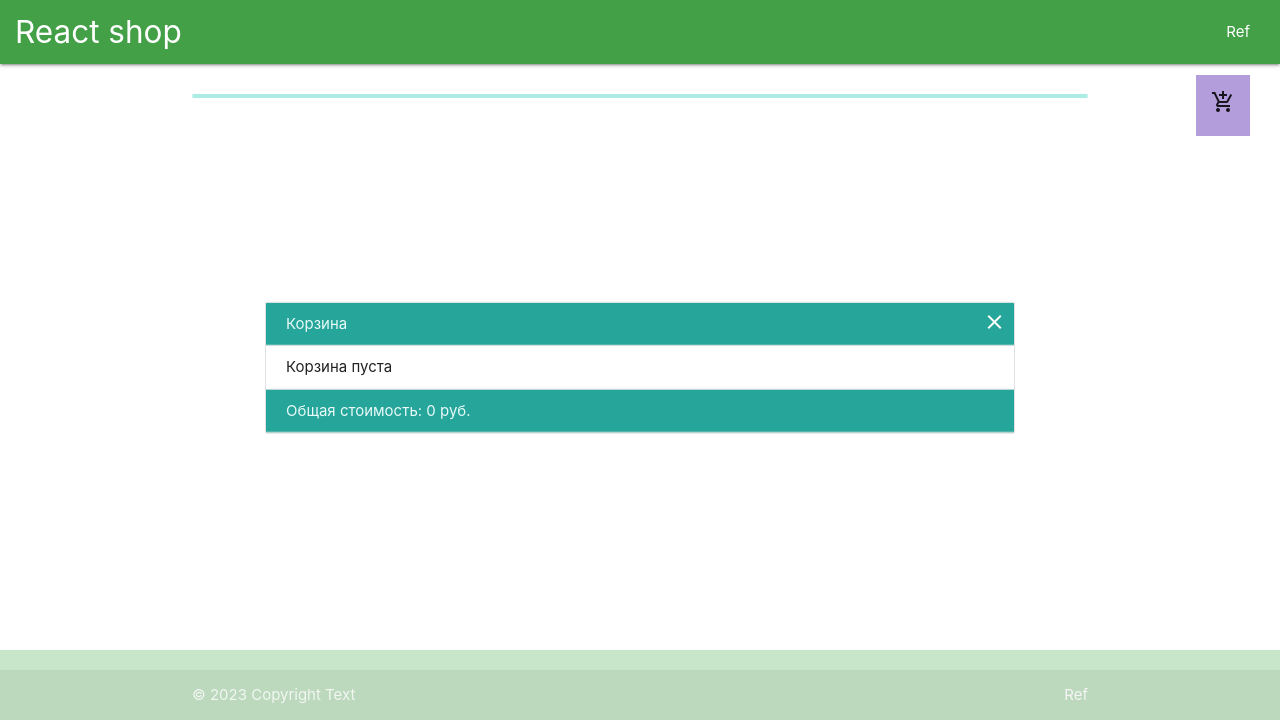
Repository: qui-qui-qui/online-shop
Page: /, after clicking the first element matching `div.cart`
The author's editor kept a copy of each file at every save. The page is drawn from the files as they stood at one save, then again after the next save.
The browser window is 1280 px wide. The pictures show the whole page.
The page's requests for data from a server got no answer. The project was rebuilt for these pictures with package versions that can differ from the ones it lists, and the page was loaded fresh each time. No one was signed in, and anything a server would have sent is missing. Also part of the build but not shown: src/components/GoodsItem.jsx, src/components/GoodsList.jsx, src/components/BasketItem.jsx.

Above is the page before, as saved 2023-01-07 18:22:20.

After the next save:
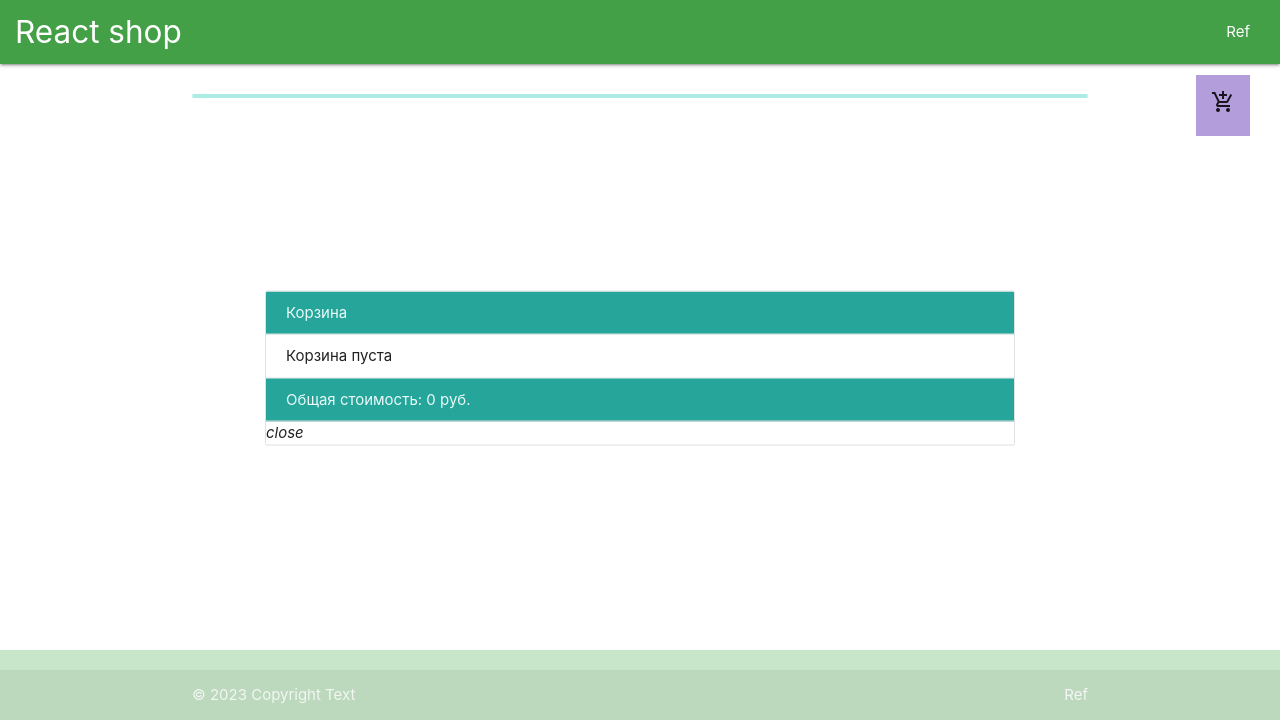
Saved 16 s later.
--- a/src/components/BasketList.jsx
+++ b/src/components/BasketList.jsx
@@ -14,8 +14,8 @@ function BasketList(props) {
   }, 0);
 
   return (
-    <ul class="collection basket-list">
-      <li class="collection-item active">Корзина</li>
+    <ul className="collection basket-list">
+      <li className="collection-item active">Корзина</li>
       {order.length ? (
         order.map((item) => (
           <BasketItem
@@ -27,10 +27,10 @@ function BasketList(props) {
           />
         ))
       ) : (
-        <li class="collection-item">Корзина пуста</li>
+        <li className="collection-item">Корзина пуста</li>
       )}
-      <li class="collection-item active">Общая стоимость: {totalPrice} руб.</li>
-      <i className="material-icons basket-close" onClick={handleBasketShow}>
+      <li className="collection-item active">Общая стоимость: {totalPrice} руб.</li>
+      <i classNameName="material-icons basket-close" onClick={handleBasketShow}>
         close
       </i>
     </ul>
